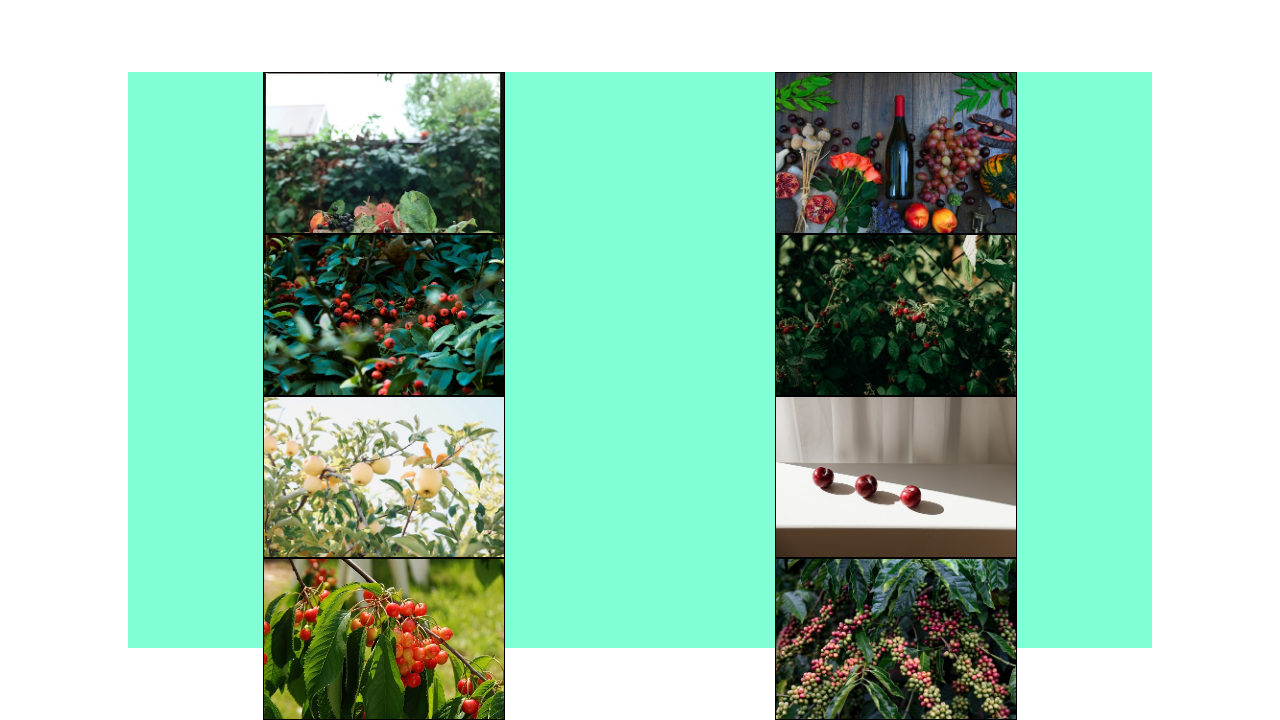
Repository: lidkaa/devTasks
Page: 0. Zadania Testowe/zadania/FlexboxCentered.html
An editor plug-in stored every save of this project. The page is shown before and after the next save, followed by the edit.
The browser window is 1280 px wide. The pictures show the whole page.

Above is the page before, as saved 2022-01-31 14:08:54.

### 0. Zadania Testowe/zadania/FlexboxCentered.html
<!DOCTYPE html>
<html lang="en">
<head>
    <meta charset="UTF-8">
    <meta http-equiv="X-UA-Compatible" content="IE=edge">
    <meta name="viewport" content="width=device-width, initial-scale=1.0">
    <link rel="stylesheet" type="text/css" href="flexboxcentered.css">
    <title>Document</title>
</head>
<body>
    <div class="presentation">
        <ul class="cells">
            <li class="cell">
                <img src="./pexel/pexel1.jpg"/>
            </li>
            <li class="cell">
                <img src="./pexel/pexel2.jpg"/>
            </li>
            <li class="cell">
                <img src="./pexel/pexel3.jpg"/>
            </li>
            <li class="cell">
                <img src="./pexel/pexel4.jpg"/>
            </li>
            <li class="cell">
                <img src="./pexel/pexel5.jpg"/>
            </li>
            <li class="cell">
                <img src="./pexel/pexel6.jpg"/>
            </li>
            <li class="cell">
                <img src="./pexel/pexel7.jpg"/>
            </li>
            <li class="cell">
                <img src="./pexel/pexel8.jpg"/>
            </li>
            <li class="cell">
                <img src="./pexel/pexel9.jpg"/>
            </li>
        </ul>
    </div>
</body>
</html>

### 0. Zadania Testowe/zadania/flexboxcentered.css
* {
    margin: 0;
    padding: 0;
}

.presentation {
    position: fixed;
    height: 100vh;
    width: 100vw;
    display: flex;
    justify-content: center;
    align-items: center;
}

.cells {
    display: flex;
    justify-content: space-around;
    align-items: center;
    flex-direction: row;
    flex-wrap: wrap;
    list-style-type: none;
    height: 80vh;
    width: 80vw;
    background-color: aquamarine;
}

.cell {
    height: 10em;
    width: 15em;
    border: 1px solid black;
    margin: 0 90px;
    overflow: hidden;
    display: flex;
}

img {
    max-width: 100%;
    height: auto;
    margin: auto;
    justify-content: center;
    align-items: center;
  }

After the next save:
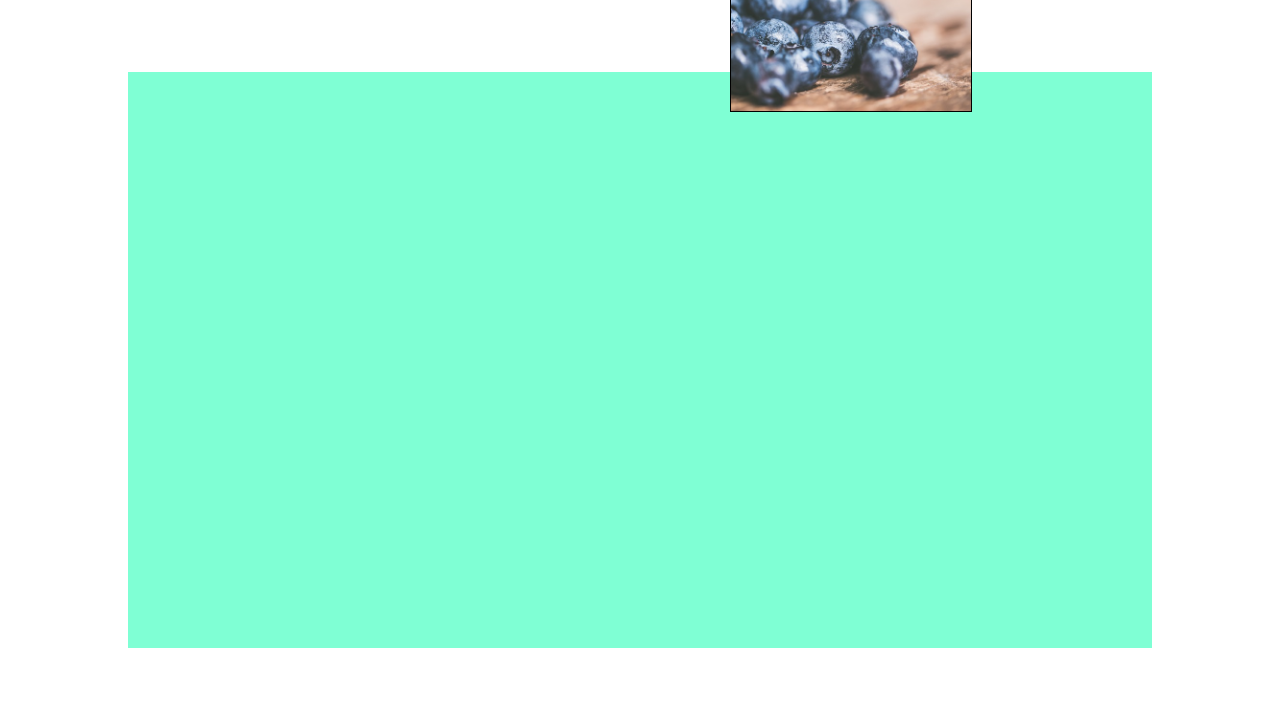
Saved 2 min 50 s later.
--- a/0. Zadania Testowe/zadania/flexboxcentered.css
+++ b/0. Zadania Testowe/zadania/flexboxcentered.css
@@ -31,6 +31,9 @@
     margin: 0 90px;
     overflow: hidden;
     display: flex;
+    position: absolute;
+ top: -50px;
+ left: 50%;
 }
 
 img {

After the save that followed:
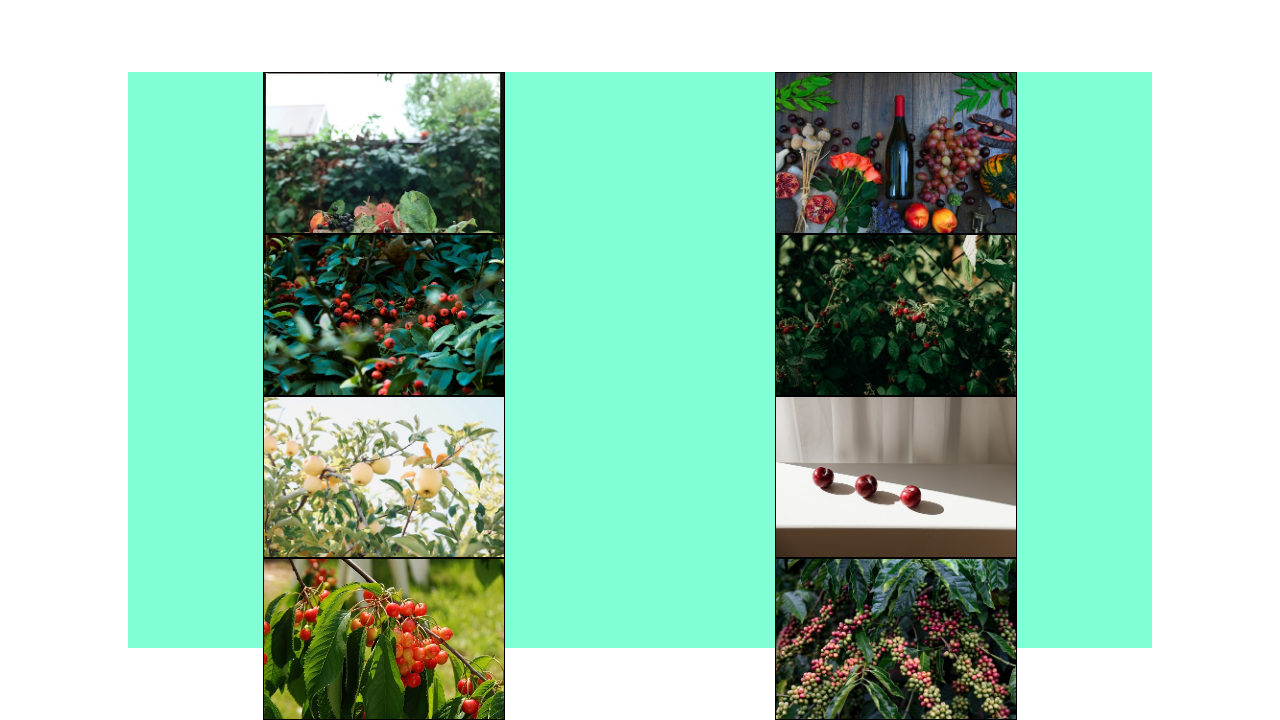
Saved 15 s later.
--- a/0. Zadania Testowe/zadania/flexboxcentered.css
+++ b/0. Zadania Testowe/zadania/flexboxcentered.css
@@ -31,9 +31,6 @@
     margin: 0 90px;
     overflow: hidden;
     display: flex;
-    position: absolute;
- top: -50px;
- left: 50%;
 }
 
 img {
